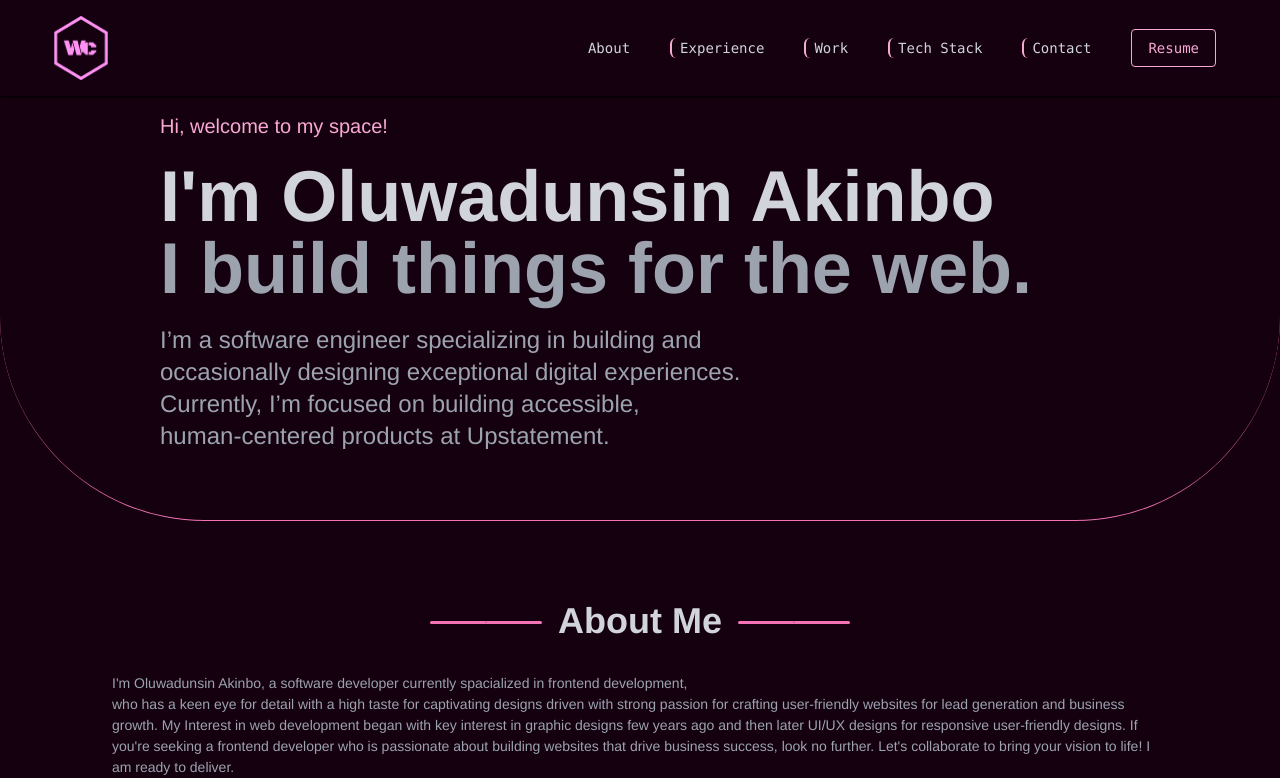
Repository: EmmyDunny1/myPortfolio
Page: / (app in MyPortfolio/)
These files come from the project's save history. The page is drawn as it stood at one moment and after the next save; the edit follows.
The browser window is 1280 px wide. The pictures show the whole page.
The project was rebuilt for these pictures with package versions that can differ from the ones it lists, and the page was loaded fresh each time. Also part of the build but not shown: MyPortfolio/vite.config.js.

Above is the page before, as saved 2025-01-14 11:07:13.

After the next save:
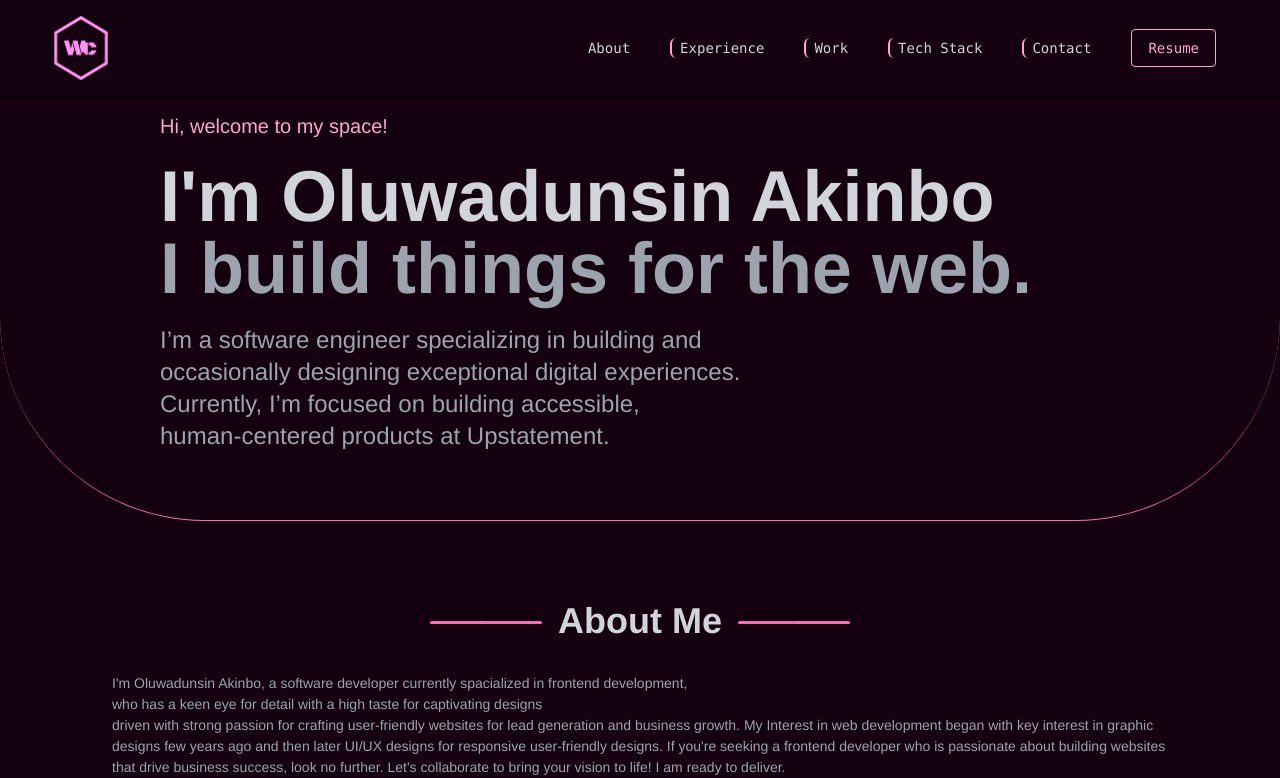
Saved 38 s later.
--- a/MyPortfolio/src/components/AboutMe.jsx
+++ b/MyPortfolio/src/components/AboutMe.jsx
@@ -12,7 +12,7 @@ const AboutMe = () => {
       </div>
     <div className='flex'>
         <div>
-            <p className='text-gray-400'>I'm Oluwadunsin Akinbo, a software developer currently spacialized in frontend development, <br />who has a keen eye for detail with a high taste for captivating designs driven with strong passion for crafting user-friendly websites for lead generation and business growth.
+            <p className='text-gray-400'>I'm Oluwadunsin Akinbo, a software developer currently spacialized in frontend development, <br />who has a keen eye for detail with a high taste for captivating designs <br />driven with strong passion for crafting user-friendly websites for lead generation and business growth.
 
                My Interest in web development began with key interest in graphic designs few years ago and then later UI/UX designs for responsive user-friendly designs.
 
